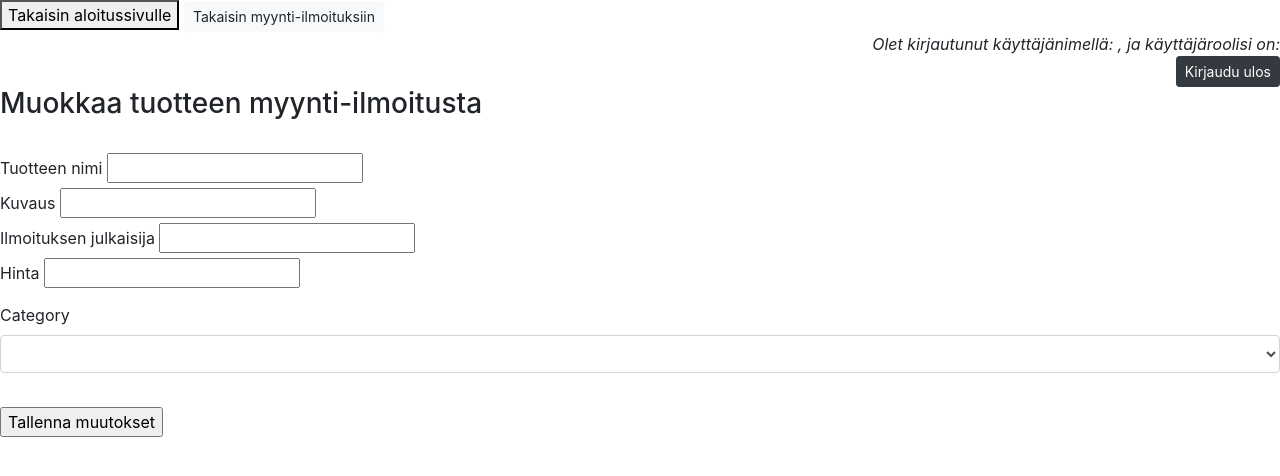
Repository: LiljestromNadja/Backend_s2023_harjoitustyo
Page: http://localhost/editArticle
An editor plug-in stored every save of this project. The page is shown before and after the next save, followed by the edit.
The browser window is 1280 px wide. The pictures show the whole page.
The page is this project's Thymeleaf template; nobody is signed in. The template is opened directly, without the code that normally fills it, so the values that code supplies are empty.

Above is the page before, as saved 2023-11-10 14:43:37.

### harkkas23v01/src/main/resources/templates/editArticle.html
<!DOCTYPE HTML>
<html xmlns:th="http://www.thymeleaf.org">
	<head>
	    <title>Muokkaa ilmoitusta</title>
	    <meta http-equiv="Content-Type" content="text/html; charset=UTF-8" />
	    <!-- Bootstrap-linkki vaihdettu tähän 04-10-2023 -->
	<link rel="stylesheet" href="https://cdn.jsdelivr.net/npm/bootstrap@4.0.0/dist/css/bootstrap.min.css" integrity="sha384-Gn5384xqQ1aoWXA+058RXPxPg6fy4IWvTNh0E263XmFcJlSAwiGgFAW/dAiS6JXm" crossorigin="anonymous"> <!-- Lisättiin tyyli, bootstrap 4.0 -->
	<!-- Lisättiin tyyli, bootstrap 4.0 -->
	</head>
	<body>
			<a href="/index"><button>Takaisin aloitussivulle</button></a>
			<a href="/articlelist"><button	class="text-left btn btn-light btn-sm">Takaisin myynti-ilmoituksiin</button></a>

		<div class="text-right">
			<i>Olet kirjautunut käyttäjänimellä: <b sec:authentication="name"></b>,	ja käyttäjäroolisi on: <b sec:authentication="principal.authorities"></b>
			</i>
			<br>
			<form class="text-right" th:action="@{/logout}" method="post">
				<input type="submit" value="Kirjaudu ulos" class="btn btn-sm btn-dark" />
			</form>
		</div>

		<h3>Muokkaa tuotteen myynti-ilmoitusta</h3>
		</br>
		<div>
		<form th:object="${article}" th:action="@{../save}" action="#" method="post"> <!-- Tässä menee @{/save} -->

			  	<input type="hidden" id="id" th:field="*{id}" /><!-- muokatessa id:n täytyy mennä mukana backendin puolelle, ettei luoda uutta articlea -->
			  	<div>
			  	<label>Tuotteen nimi</label>
				<input type="text" th:field="*{title}" />
				</div>
				<div>
			  	<label>Kuvaus</label>
			  	<input type="text" th:field="*{description}" />
				</div>
				<div>
			  	<label>Ilmoituksen julkaisija</label>
				<input type="text" th:field="*{publisher}" />
				</div>
<!-- 			<div>
		  		<label>Ilmoitus jätetty</label>
				<input type="text" th:field="*{dateadded}" />
				</div> Käyttäjä ei syötä tätä tietoa-->
				<div>
			  	<label>Hinta</label>
				<input type="number" th:field="*{price}" step="0.01"  />
				</div>
				<div style="clear: both; display: block; height: 10px;"></div>
			  	<label for="citylist">Category</label>
				 <select id="citylist" th:field="*{city}" class="form-control">
	       			<option th:each="city: ${cities}" th:value="${city.cityid}" th:text="${city.name}"></option>
	    		</select>
	 	  		<div>
	<!--		<label>User id</label> <!--article.applicationuserid kulkee piilossa -->
				<input type="hidden" th:field="*{applicationuser.id}" />
				</div>
	     		<div style="clear: both; display: block; height: 10px;"></div>

	<!-- 		<label for="appuserlist">User</label><!-- Lisätty 20102023, käyttäjien listaus, jos on tarkoitus päästä muokkaan kirjan lisääjää muista muuttaa myös Controller -->
	<!--  		<select id="appuserlist" th:field="*{applicationuser}" class="form-control">
	       			<option th:each="applicationuser: ${applicationusers}" th:value="${applicationuser.id}" th:text="${applicationuser.username}"></option>
	    		</select> -->
				<br>

				<input type="submit" value="Tallenna muutokset"></input>
			</form>

		</div>


	</body>
</html>

After the next save:
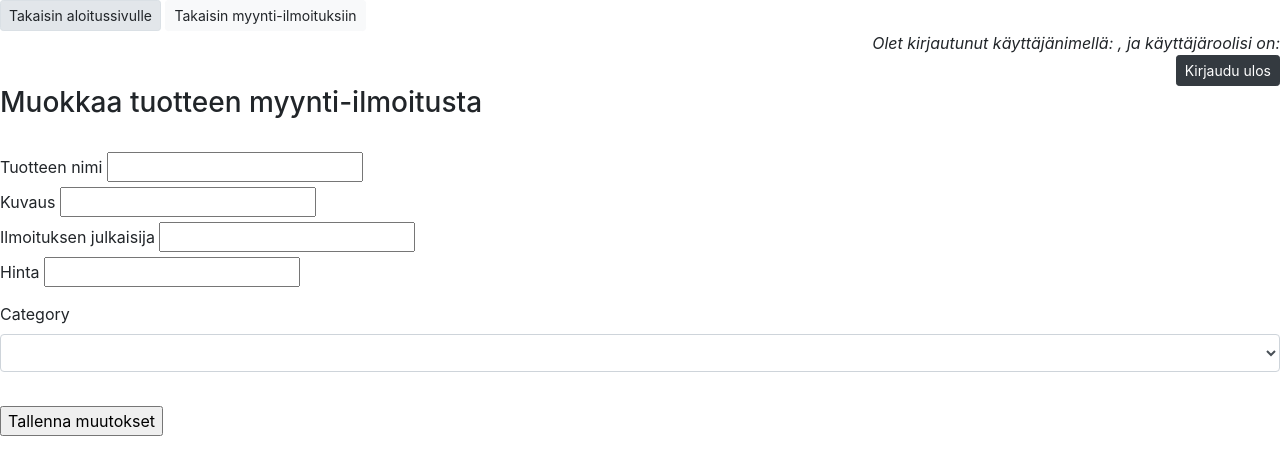
Saved 21 s later.
--- a/harkkas23v01/src/main/resources/templates/editArticle.html
+++ b/harkkas23v01/src/main/resources/templates/editArticle.html
@@ -8,7 +8,7 @@
 	<!-- Lisättiin tyyli, bootstrap 4.0 -->
 	</head>
 	<body>
-			<a href="/index"><button>Takaisin aloitussivulle</button></a>
+			<a href="/index"><button class="text-left btn btn-light btn-sm">Takaisin aloitussivulle</button></a>
 			<a href="/articlelist"><button	class="text-left btn btn-light btn-sm">Takaisin myynti-ilmoituksiin</button></a>
 
 		<div class="text-right">
